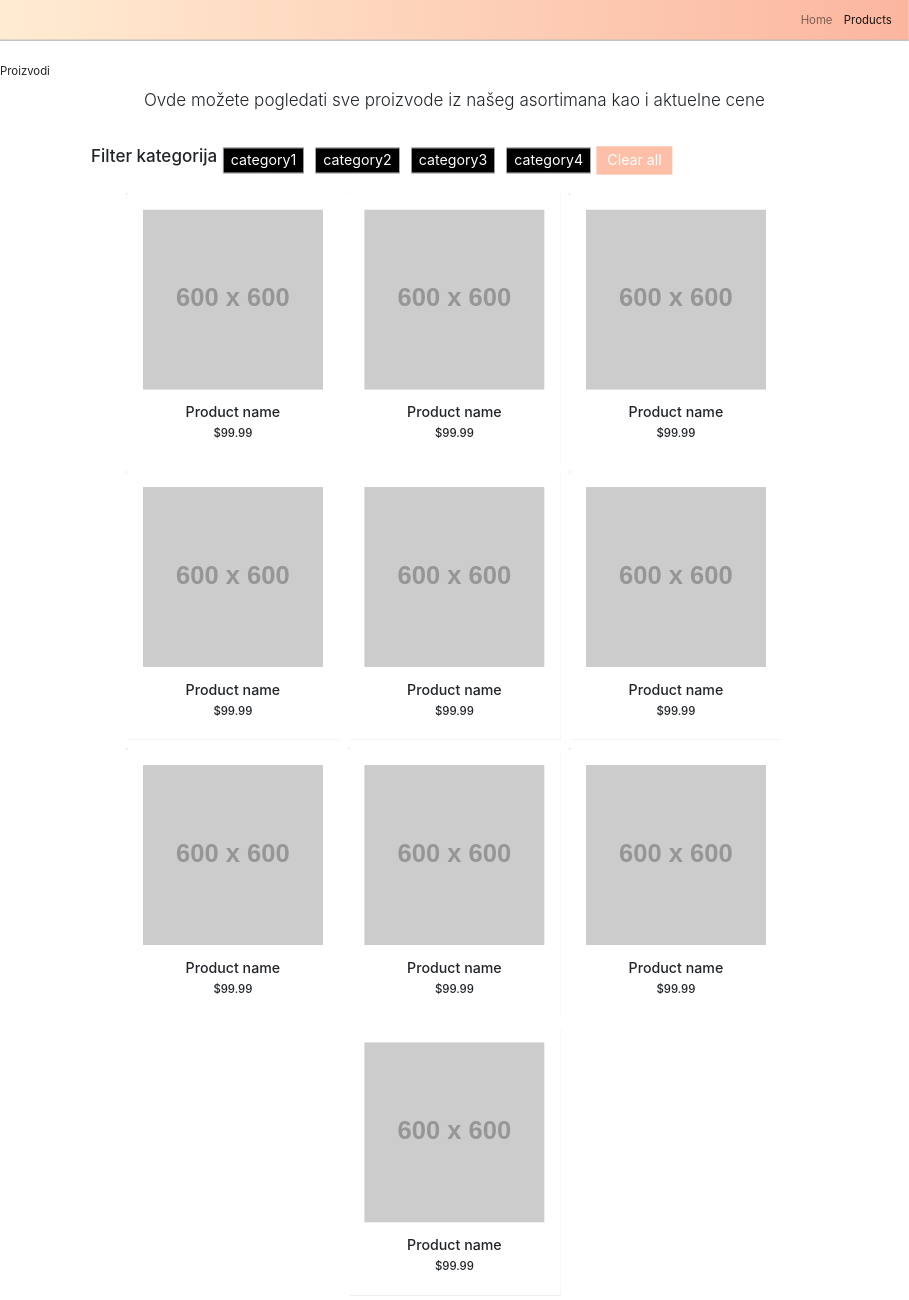
Repository: StevanFilipovic/TemplateForSinglepageWebsite
Page: products.html
The author's editor kept a copy of each file at every save. The page is drawn from the files as they stood at one save, then again after the next save.
The browser window is 1280 px wide. The pictures show the whole page, at 71% of full size.
Some web libraries are served in a nearby version.

Above is the page before, as saved 2018-06-15 09:50:55.

### products.html
<!doctype html>
<html>
<head>
	<meta charset="utf-8">
	<title>One Page Scroll</title>
	<meta name="title" content="Website by Stevan" />
	<meta name="description" content="Proizvodi" />

	<link rel="shortcut icon" id="favicon" href="">
	<link href='http://fonts.googleapis.com/css?family=Open+Sans:300,400,700' rel='stylesheet' type='text/css'>
	<link href='http://fonts.googleapis.com/css?family=Pacifico:400' rel='stylesheet' type='text/css'>
	<script type="text/javascript" src="http://code.jquery.com/jquery-1.9.1.js"></script>
  <link href='products-page-style.css' rel='stylesheet' type='text/css'>
  <!-- Da bi koristili less potrebno je odkomentarisati donje dve linije i uraditi konverziju css-a i ubaciti u dole navedene fajlove -->
  <!-- <link rel="stylesheet/less" type="text/css" href="onepage-scrool.less" /> -->
  <!-- <link rel="stylesheet/less" type="text/css" href="styles.less" /> -->
  <!-- <script src="less.js" type="text/javascript"></script> -->
  <link rel="stylesheet" href="https://stackpath.bootstrapcdn.com/bootstrap/4.1.1/css/bootstrap.min.css" integrity="sha384-WskhaSGFgHYWDcbwN70/dfYBj47jz9qbsMId/iRN3ewGhXQFZCSftd1LZCfmhktB" crossorigin="anonymous">



  <meta name="viewport" content="initial-scale=1, width=device-width, maximum-scale=1, minimum-scale=1, user-scalable=no">

<script>
    $(document).ready(function() {
  var $products = $('.grid-products'),
      $filters = $("#filters input[type='checkbox']"),
      product_filter = new ProductFilterLevel1($products, $filters);
  product_filter.init();
});

function ProductFilterLevel1(products, filters) {
  var _this = this;

  this.init = function() {
    this.products = products;
    this.filters = filters;
    this.bindEvents();
  };

  this.bindEvents = function() {
    this.filters.click(this.filterGridProducts);
    $('#none').click(this.removeAllFilters);
  };

  this.filterGridProducts = function() {
    _this.products.hide();
    var selectedFilters = _this.filters.filter(':checked');
    if (selectedFilters.length) {
      var selectedFiltersValues = [];
      selectedFilters.each(function() {
        var currentFilter = $(this);
        selectedFiltersValues.push("[data-" + currentFilter.attr('name') + "='" + currentFilter.val() + "']");
      });
      _this.products.filter(selectedFiltersValues.join(',')).show();
    } else {
      _this.products.show();
    }
  };

  this.removeAllFilters = function() {
    _this.filters.prop('checked', false);
    _this.products.show();
  }
}
</script>

  <script>
    $("filter-container").click(function() {
  $(this).toggleClass('foo');
});
</script>

<script>
    $( "p" ).click(function() {
      $( this ).toggleClass( "highlight" );
    });
    </script>




</head>
<body>
        <div class="header">
                <nav class="navbar navbar-expand-lg navbar-light">
                  <!-- <a class="navbar-brand" href="#">Navbar</a> -->
                  <button class="navbar-toggler" type="button" data-toggle="collapse" data-target="#navbarNavDropdown" aria-controls="navbarNavDropdown" aria-expanded="false" aria-label="Toggle navigation">
                    <span class="navbar-toggler-icon"></span>
                  </button>
                  <div class="collapse navbar-collapse justify-content-end" id="navbarNavDropdown">
                    <ul class="navbar-nav">
                      <li class="nav-item ">
                        <a class="nav-link" href="index.html">Home </a>
                      </li>
                      <li class="nav-item active">
                        <a class="nav-link" href="products.html">Products<span class="sr-only">(current)</span></a>
                      </li>
                      </li>
                    </ul>
                  </div>
                </nav>
                </div>
<div class="intro-text">
    <p class="blue">Proizvodi</p>
    <h4>Ovde možete pogledati sve proizvode iz našeg asortimana kao i aktuelne cene</h4>
</div>
<div id="filters" class="products">
    <div class="filter-wrapper">
      <h4>Filter kategorija</h4>
      <label class="filter-container"><input type="checkbox" name="colour" id="category1" value="category1" ><span class="filters-title">category1</span></input> <span class="checkmark"></span></label>
      <label class="filter-container"><input type="checkbox" name="colour" id="category2" value="category2">category2</input><span class="checkmark"></span></label>
      <label class="filter-container"><input type="checkbox" name="colour" id="category3" value="category3">category3</input><span class="checkmark"></span></label>
      <label class="filter-container"><input type="checkbox" name="colour" id="category4" value="category4">category4</input><span class="checkmark"></span></label>
    </div>
    <div>
      <input class="button-clear" type="button" id="none" value="Clear all"></input>
    </div>
  </div>

          <section class="products">
                <div class="product-card grid-products" data-colour="category1">
                    <div class="product-image">
                        <img src="http://via.placeholder.com/600x600">
                    </div>
                    <div class="product-info">
                        <h5>Product name</h5>
                        <h6>$99.99</h6>
                    </div>
                </div>

                <div class="product-card grid-products" data-colour="category1">
                    <div class="product-image">
                        <img src="http://via.placeholder.com/600x600">
                    </div>
                    <div class="product-info">
                        <h5>Product name</h5>
                        <h6>$99.99</h6>
                    </div>
                </div>

                <div class="product-card grid-products" data-colour="category2">
                    <div class="product-image">
                        <img src="http://via.placeholder.com/600x600">
                    </div>
                    <div class="product-info">
                        <h5>Product name</h5>
                        <h6>$99.99</h6>
                    </div>
                </div>

                <div class="product-card grid-products" data-colour="category2">
                    <div class="product-image">
                        <img src="http://via.placeholder.com/600x600">
                    </div>
                    <div class="product-info">
                        <h5>Product name</h5>
                        <h6>$99.99</h6>
                    </div>
                </div>

                <div class="product-card grid-products" data-colour="category3">
                    <div class="product-image">
                        <img src="http://via.placeholder.com/600x600">
                    </div>
                    <div class="product-info">
                        <h5>Product name</h5>
                        <h6>$99.99</h6>
                    </div>
                </div>

                <div class="product-card grid-products" data-colour="category3">
                    <div class="product-image">
                        <img src="http://via.placeholder.com/600x600">
                    </div>
                    <div class="product-info">
                        <h5>Product name</h5>
                        <h6>$99.99</h6>
                    </div>
                </div>

                <div class="product-card grid-products" data-colour="category3">
                    <div class="product-image">
                        <img src="http://via.placeholder.com/600x600">
                    </div>
                    <div class="product-info">
                        <h5>Product name</h5>
                        <h6>$99.99</h6>
                    </div>
                </div>

                <div class="product-card grid-products" data-colour="category4">
                    <div class="product-image">
                        <img src="http://via.placeholder.com/600x600">
                    </div>
                    <div class="product-info">
                        <h5>Product name</h5>
                        <h6>$99.99</h6>
                    </div>
                </div>

                <div class="product-card grid-products" data-colour="category4">
                    <div class="product-image">
                        <img src="http://via.placeholder.com/600x600">
                    </div>
                    <div class="product-info">
                        <h5>Product name</h5>
                        <h6>$99.99</h6>
                    </div>
                </div>

                <div class="product-card grid-products" data-colour="category4">
                    <div class="product-image">
                        <img src="http://via.placeholder.com/600x600">
                    </div>
                    <div class="product-info">
                        <h5>Product name</h5>
                        <h6>$99.99</h6>
                    </div>
                </div>

            </section>

</body>
</html>

### products-page-style.css
.header{
    background-image: linear-gradient(to right, #ffecd2 0%, #fcb69f 100%);
    border-bottom: 1px solid gray;
}
.intro-text{
  margin: 30px auto 50px;
}
.intro-text h2, .intro-text h4{
  text-align: center;
    font-weight: 300;
}
.products {
	display: flex;
    flex-wrap: wrap;
    width: 90%;
    margin: auto;
    justify-content: center;
}
#filters{
  margin-bottom: 20px;
  justify-content: start;
  width: 80%;
}

.product-card {
	display: flex;
	flex-direction: column;
    max-width: 300px;
	padding: 2%;
  /* flex: 1 16%; */
  margin: 6px;

	background-color: #FFF;
	box-shadow: 0px 0px 1px 0px rgba(0,0,0,0.25);
}

.product-image img {
	width: 100%;
}

.product-info {
	margin-top: auto;
	padding-top: 20px;
	text-align: center;
}

@media ( max-width: 920px ) {

	/* .product-card {
		flex: 1 21%;
	} */

	/* .products .product-card:first-child,
	.products .product-card:nth-child(2) {
		flex: 2 46%;
	} */

}

@media ( max-width: 600px ) {

	/* .product-card {
		flex: 1 46%;
	} */

}

@media ( max-width: 480px ) {

	h1 {
		margin-bottom: 20px;
	}

	.product-filter {
		flex-direction: column;
	}

	.sort {
		align-self: flex-start;
	}

}


/* Checkmark */

/* Customize the label (the container) */
.filter-container {
    display: block;
    position: relative;
    margin: auto 8px;
    cursor: pointer;
    font-size: 20px;
    -webkit-user-select: none;
    -moz-user-select: none;
    -ms-user-select: none;
    user-select: none;
    border: 1px solid #cccccc;
    padding: 2px 10px;
  }

  .filter-container {
    background-color: #000;
    color: #FFF;
  }
  .filter-container.foo {
    background-color: #FFF;
    color: #000;
  }




.filter-category{
  border: 1px solid #cccccc;
  padding: 2px 10px;
  margin: auto 8px;
}
a.filter-category:focus, .filter-category:hover, .filter-category:visited{
  background: red;
}
a.proba:focus{
  background: blue;
}

  /* Hide the browser's default checkbox */
  .filter-container input {
    position: absolute;
    opacity: 0;
    cursor: pointer;
  }

  /* Create a custom checkbox */
  .checkmark {
    position: absolute;
    top: 0;
    left: 0;
    height: 30px;
    width: 30px;
    background-color: #eee;
    display: none;
  }

  /* On mouse-over, add a grey background color */
  .filter-container:hover input ~ .checkmark {
    background-color: #ccc;
  }

  /* When the checkbox is checked, add a blue background */
  .filter-container input:checked ~ .checkmark {
    background-color: #fdbfa7;
  }

  /* Create the checkmark/indicator (hidden when not checked) */
  .checkmark:after {
    content: "";
    position: absolute;
    display: none;
  }

  /* Show the checkmark when checked */
  .filter-container input:checked ~ .checkmark:after {
    display: block;
  }

  /* Style the checkmark/indicator */
  .filter-container .checkmark:after {
    left: 9px;
    top: 5px;
    width: 10px;
    height: 15px;
    border: solid white;
    border-width: 0 3px 3px 0;
    -webkit-transform: rotate(45deg);
    -ms-transform: rotate(45deg);
    transform: rotate(45deg);
  }

  .filter-wrapper{
      display: contents;
      margin-bottom: 15px;
  }

  .button-clear{
    background: #FDBFA7;
    font-size: 20px;
    color: white;
    border-style: none;
    cursor: pointer;
    padding: 5px 15px;
  }

After the next save:
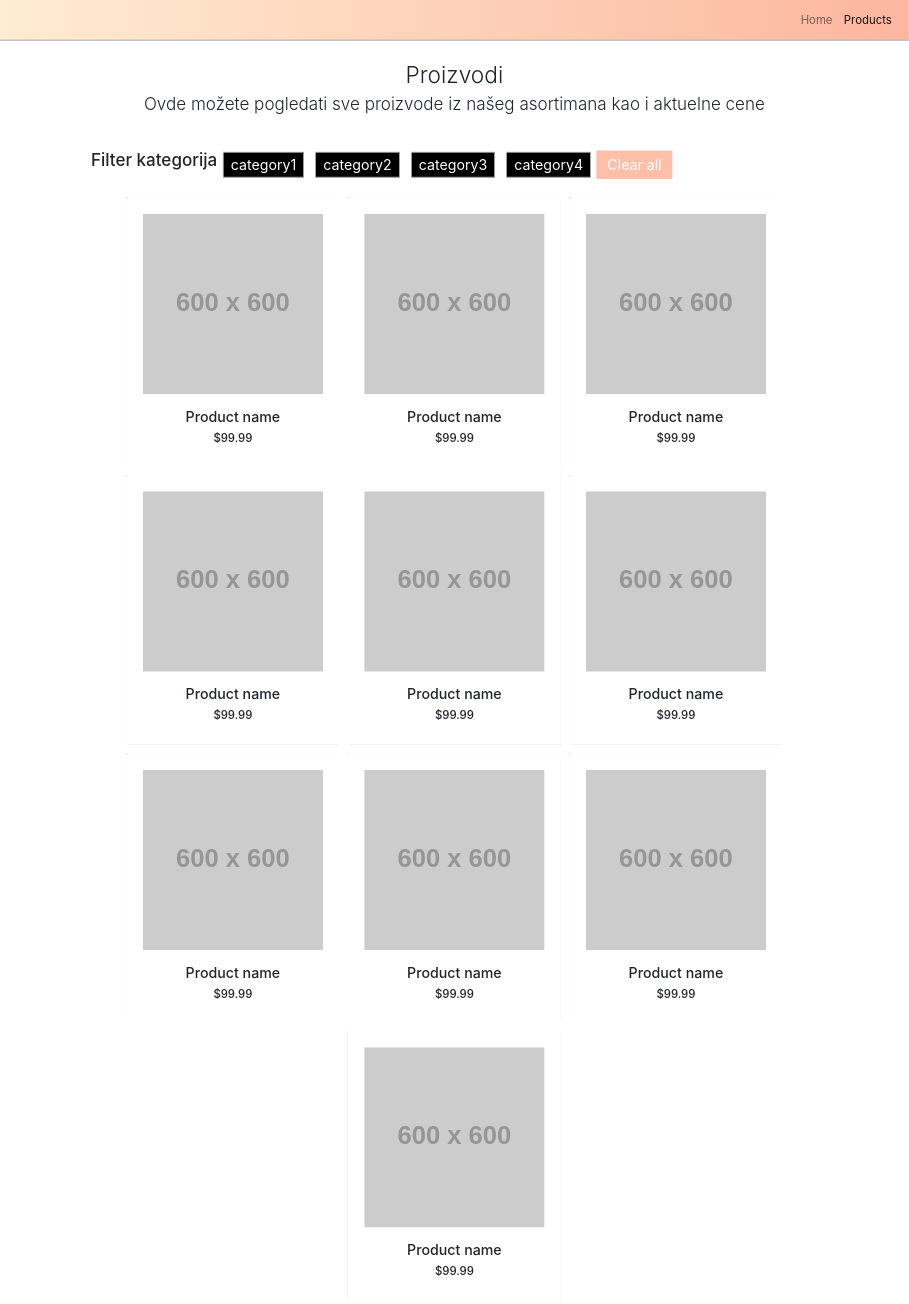
Saved 24 s later.
--- a/products.html
+++ b/products.html
@@ -65,19 +65,11 @@ function ProductFilterLevel1(products, filters) {
 }
 </script>
 
-  <script>
+<script>
     $("filter-container").click(function() {
   $(this).toggleClass('foo');
 });
 </script>
-
-<script>
-    $( "p" ).click(function() {
-      $( this ).toggleClass( "highlight" );
-    });
-    </script>
-
-
 
 
 </head>
@@ -102,7 +94,7 @@ function ProductFilterLevel1(products, filters) {
                 </nav>
                 </div>
 <div class="intro-text">
-    <p class="blue">Proizvodi</p>
+    <h2>Proizvodi</h2>
     <h4>Ovde možete pogledati sve proizvode iz našeg asortimana kao i aktuelne cene</h4>
 </div>
 <div id="filters" class="products">
